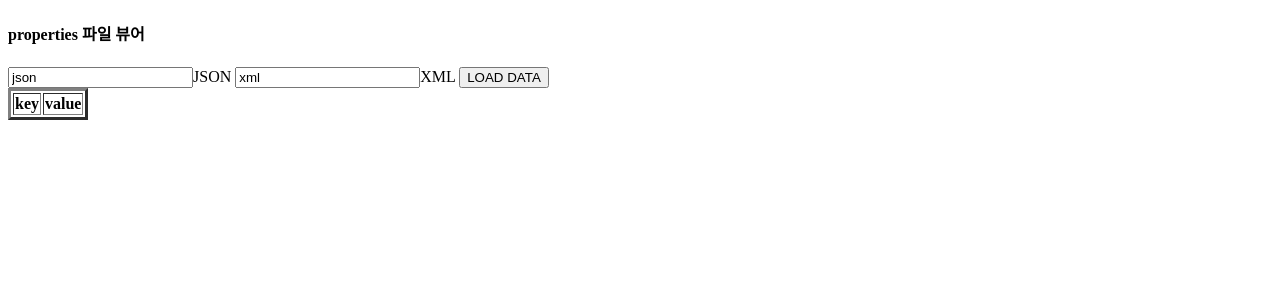
Repository: YOUNARAE/JSP
Page: http://localhost/WebStudy01/03/props/propsView.do
The author's editor kept a copy of each file at every save. The page is drawn from the files as they stood at one save, then again after the next save.
The browser window is 1280 px wide. The pictures show the whole page.
The page is served by Tomcat 9. Other server files are loaded and not shown.

Above is the page before, as saved 2022-12-09 07:00:47.
Console error: SyntaxError: Identifier 'btn' has already been declared

### WebStudy01/src/main/webapp/WEB-INF/views/03/propsView.jsp
<%@ page language="java" contentType="text/html; charset=UTF-8" pageEncoding="UTF-8"%>
<!DOCTYPE html>
<html>
<head>
<meta charset="UTF-8">
<title>Insert title here</title>
<script type="text/javascript" src="<%=request.getContextPath() %>/resources/jquery-3.6.1.min.js"></script>
</head>
<body>
<h4>properties  파일 뷰어</h4>
<!-- <img src="../../resources/images/cat1.jpg" /> -->

<label>
	<input tye="radio" name="dataType" value="json" checked="checked"/>JSON
</label>
<label>
	<input tye="radio" name="dataType" value="xml"/>XML
</label>
<button type="button" class="loadData">LOAD DATA</button>
<table border="3px">
	<thead>
		<tr>
			<th>key</th>
			<th>value</th>
		</tr>
	</thead>
	<tbody id="listBody" >

	</tbody>
</table>
<script type="text/javascript">
	let listBody = $("#listBody");
	let checked = $("input[type='radio']").val();
	let btn = $(".loadData").on("click",function(){
		$.ajax({
			dataType : "json",
			success : function(resp) { //3,4의 작업이 끝나서 들어오는 게 resp->원형은 properties 형태였다는 의미다.
				let trTags = [];
				$.each(resp,function(name, value){
					let tr = $("<tr>").append(
						$("<td>").html(name),
						$("<td>").html(value)
					);
					trTags.push(tr);
				})

				listBody.empty();
				listBody.append(trTags);
			},
			error : function(jqXHR, status, error) {
				console.log(jqXHR);
				console.log(status);
				console.log(error);
			}
		});
	})

	let btn = $(".loadData").on("click",function(){
		$.ajax({
			dataType : "json",
			success : function(resp) { //3,4의 작업이 끝나서 들어오는 게 resp->원형은 properties 형태였다는 의미다.
				let trTags = [];
				$.each(resp,function(name, value){
					let tr = $("<tr>").append(
						$("<td>").html(name),
						$("<td>").html(value)
					);
					trTags.push(tr);
				})

				listBody.empty();
				listBody.append(trTags);
			},
			error : function(jqXHR, status, error) {
				console.log(jqXHR);
				console.log(status);
				console.log(error);
			}
		});
	})
</script>
</body>
</html>

### WebStudy01/src/main/java/kr/or/ddit/servlet04/PropertiesControllerServlet.java
package kr.or.ddit.servlet04;

import java.io.BufferedWriter;
import java.io.File;
import java.io.FileWriter;
import java.io.IOException;
import java.io.InputStream;
import java.io.PrintWriter;
import java.util.Enumeration;
import java.util.LinkedHashMap;
import java.util.Map;
import java.util.Properties;

import javax.servlet.ServletException;
import javax.servlet.annotation.WebServlet;
import javax.servlet.http.HttpServlet;
import javax.servlet.http.HttpServletRequest;
import javax.servlet.http.HttpServletResponse;

import com.fasterxml.jackson.databind.ObjectMapper;
import com.fasterxml.jackson.dataformat.xml.XmlMapper;

import kr.or.ddit.servlet01.DescriptionServlet;
import kr.or.ddit.servlet04.service.PropertiesService;
import kr.or.ddit.servlet04.service.PropertiesServiceImpl;

@WebServlet("/03/props/propsView.do")
public class PropertiesControllerServlet extends HttpServlet{
	private PropertiesService service = new PropertiesServiceImpl();

	@Override
	protected void doGet(HttpServletRequest req, HttpServletResponse resp) throws ServletException, IOException {
		String accept = req.getHeader("Accept"); // */*

		Object target = service.retrieveData(); //모델확보
		req.setAttribute("target", target); //모델 공유

		String path = null;

		if(accept.startsWith("*/*")||accept.toLowerCase().contains("html")) {
			path = "/WEB-INF/views/03/propsView.jsp"; //모델 선택
		} else if(accept.toLowerCase().contains("json")) {
			path = "/jsonView.do";
		} else if(accept.toLowerCase().contains("xml")){
			path = "/xmlView.do";
		}
		req.getRequestDispatcher(path).forward(req, resp); //4.모델이동

	}
}

### WebStudy01/src/main/java/kr/or/ddit/servlet04/service/PropertiesServiceImpl.java
package kr.or.ddit.servlet04.service;

import java.io.InputStream;
import java.util.Locale;
import java.util.Properties;
import java.util.ResourceBundle;

import kr.or.ddit.servlet01.DescriptionServlet;

public class PropertiesServiceImpl implements PropertiesService {

	@Override
	public Properties retrieveData() {
		Properties properties = new Properties();
		try(
			InputStream is  = DescriptionServlet.class.getResourceAsStream("/kr/or/ddit/props/DataStore.properties");
		){
			properties.load(is);
		}catch(Exception e) {
			throw new RuntimeException(e);//주의할 점,e를 안 넣으면 완전히 다른 예외가 되어버린다
		}
		return properties;
	}

	public void resourceBundle() {
		String baseName = "kr.or.ddit.props.Message";
		ResourceBundle bundle = ResourceBundle.getBundle(baseName, Locale.ENGLISH);
	}

}

Loaded but not shown: WebStudy01/src/main/webapp/resources/jquery-3.6.1.min.js (library)

After the next save:
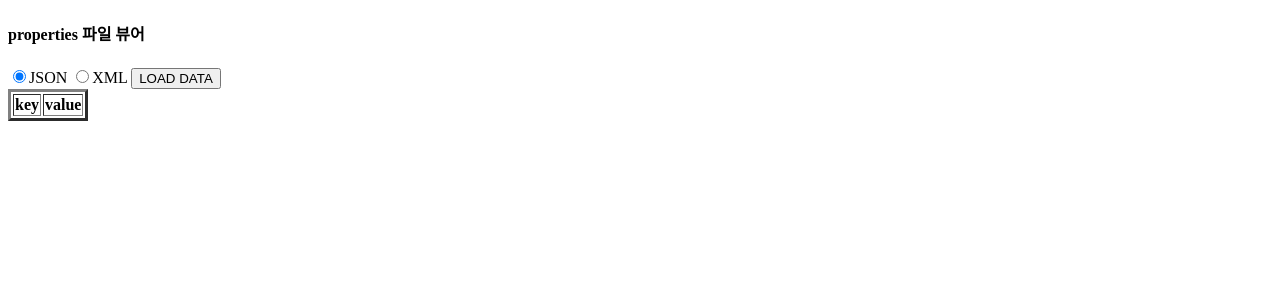
Saved 19 s later.
--- a/WebStudy01/src/main/webapp/WEB-INF/views/03/propsView.jsp
+++ b/WebStudy01/src/main/webapp/WEB-INF/views/03/propsView.jsp
@@ -11,10 +11,10 @@
 <!-- <img src="../../resources/images/cat1.jpg" /> -->
 
 <label>
-	<input tye="radio" name="dataType" value="json" checked="checked"/>JSON
+	<input type="radio" name="dataType" value="json" checked="checked"/>JSON
 </label>
 <label>
-	<input tye="radio" name="dataType" value="xml"/>XML
+	<input type="radio" name="dataType" value="xml"/>XML
 </label>
 <button type="button" class="loadData">LOAD DATA</button>
 <table border="3px">
